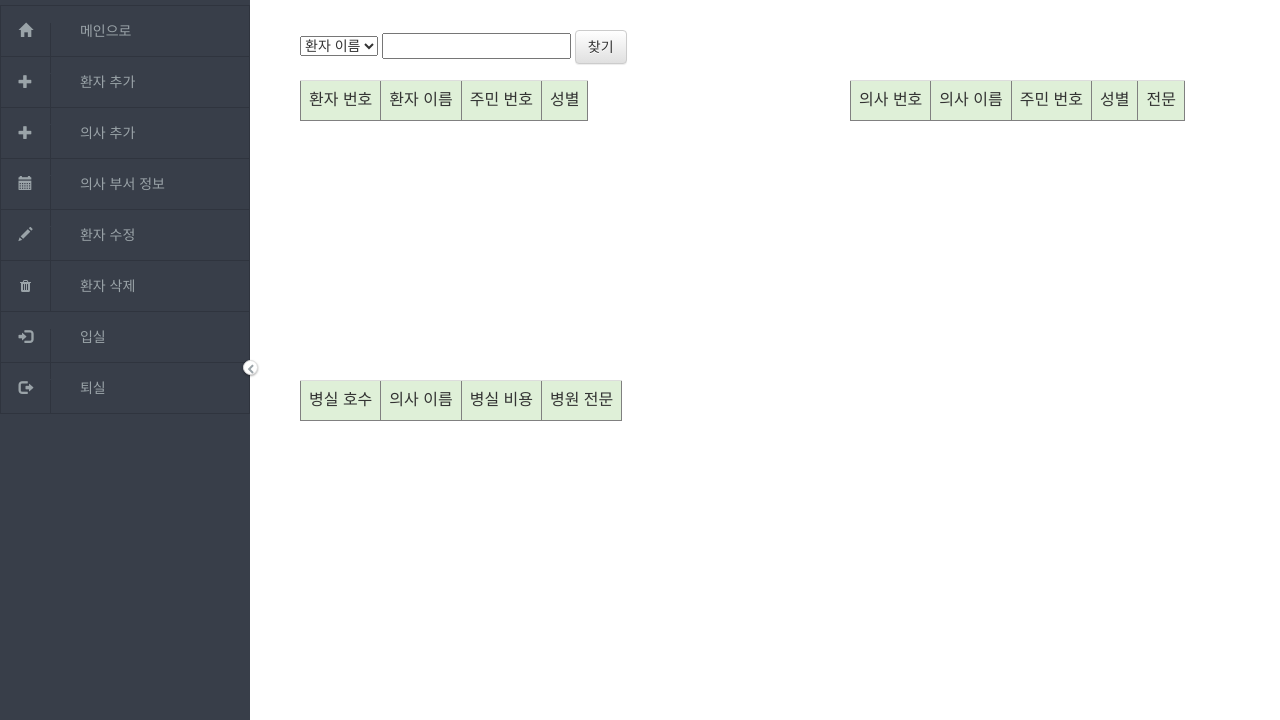
Repository: qaws1134/Hospital_manager
Page: http://localhost/project/main.jsp
The author's editor kept a copy of each file at every save. The page is drawn from the files as they stood at one save, then again after the next save.
The browser window is 1280 px wide. The pictures show the whole page.
Some web libraries are served in a nearby version. The page is served by Tomcat 9. Other server files are loaded and not shown. The template is opened directly, without the code that normally fills it, so the values that code supplies are empty.

Above is the page before, as saved 2017-12-09 17:18:35.
Console error (its wording comes from the project's code and is left out).

### project/WebContent/main.jsp
<%@ page language="java" contentType="text/html; charset=UTF-8"
    pageEncoding="UTF-8"%>
<%@ taglib uri="http://java.sun.com/jsp/jstl/core" prefix="c" %>

<html lang="kr">
	<head>

	<meta http-equiv="Content-Type" content="text/html" charset="UTF-8">
	<title>http://www.blueb.co.kr</title>
<link rel="stylesheet" href="http://netdna.bootstrapcdn.com/font-awesome/4.3.0/css/font-awesome.min.css">
<!-- 합쳐지고 최소화된 최신 CSS -->
<link rel="stylesheet" href="https://maxcdn.bootstrapcdn.com/bootstrap/3.3.2/css/bootstrap.min.css">
<!-- 부가적인 테마 -->
<link rel="stylesheet" href="https://maxcdn.bootstrapcdn.com/bootstrap/3.3.2/css/bootstrap-theme.min.css">

<!-- 합쳐지고 최소화된 최신 자바스크립트 -->
<script src="https://maxcdn.bootstrapcdn.com/bootstrap/3.3.2/js/bootstrap.min.js"></script>

<style type="text/css">
input[type="checkbox"]#menu_state {
  display: none;
}
input[type="checkbox"]:checked ~ nav {
  width: 250px;
}
input[type="checkbox"]:checked ~ nav label[for="menu_state"] i::before {
  content: "\f053";
}
input[type="checkbox"]:checked ~ nav ul {
  width: 100%;
}
input[type="checkbox"]:checked ~ nav ul li a i {
  border-right: 1px solid #2f343e;
}
input[type="checkbox"]:checked ~ nav ul li a span {
  opacity: 1;
  transition: opacity 0.25s ease-in-out;
}
input[type="checkbox"]:checked ~ main {
  left: 250px;
}
nav {
  position: fixed;
  z-index: 9;
  top: 0;
  left: 0;
  bottom: 0;
  background: #383e49;
  color: #9aa3a8;
  width: 50px;
  font-family: 'Montserrat', sans-serif;
  font-weight: lighter;
  transition: all 0.15s ease-in-out;
}
nav label[for="menu_state"] i {
  cursor: pointer;
  position: absolute;
  top: 50%;
  right: -8px;
  box-shadow: 0 1px 3px rgba(0,0,0,0.12), 0 1px 2px rgba(0,0,0,0.24);
  background: #fff;
  font-size: 10px;
  display: flex;
  justify-content: center;
  align-items: center;
  height: 15px;
  width: 15px;
  border-radius: 50%;
  border: 1px solid #ddd;
  transition: width 0.15s ease-in-out;
  z-index: 1;
}
nav label[for="menu_state"] i::before {
  margin-top: 2px;
  content: "\f054";
}
nav label[for="menu_state"] i:hover {
  box-shadow: 0 10px 20px rgba(0,0,0,0.19), 0 6px 6px rgba(0,0,0,0.23);
}
nav ul {
  overflow: hidden;
  display: block;
  width: 50px;
  list-style-type: none;
  padding: 0;
  margin: 0;
}
nav ul li {
  border: 1px solid #2f343e;
  position: relative;
}
nav ul li.unread:after {
  content: attr(data-content);
  position: absolute;
  top: 10px;
  left: 25px;
  display: flex;
  justify-content: center;
  align-items: center;
  width: 15px;
  height: 15px;
  border-radius: 50%;
  color: #fff;
  background: #ef5952;
  font-size: 8px;
}
nav ul li:not(:last-child) {
  border-bottom: none;
}
nav ul li.active a {
  background: #4c515d;
  color: #fff;
}
nav ul li a {
  position: relative;
  display: block;
  white-space: nowrap;
  text-decoration: none;
  color: #9aa3a8;
  height: 50px;
  width: 100%;
  transition: all 0.15s ease-in-out;
}
nav ul li a:hover {
  background: #4c515d;
  color: #fff;
}
nav ul li a * {
  height: 100%;
  display: inline-block;
}
nav ul li a i {
  text-align: center;
  width: 50px;
  z-index: 999999;
}
nav ul li a i.fa {
  line-height: 50px;
}
nav ul li a span {
  padding-left: 25px;
  opacity: 0;
  line-height: 50px;
  transition: opacity 0.1s ease-in-out;


}

</style>
</head>

<body>
<input type="checkbox" id="menu_state" checked>
<nav>
	<label for="menu_state"><i class="fa"></i></label>
	<ul>
    <li>
      <a href="main.do">
        <i class="glyphicon glyphicon-home"></i>
        <span>메인으로</span>   <!--환자 대기 목록,병실 목록 및 현황-->
      </a>
    </li>
		<li>
			<a href="P_addui.do">
				<i class="glyphicon glyphicon-plus"></i>
				<span>환자 추가</span>
			</a>
		</li>
		<li>
			<a href="D_addui.do">
				<i class="glyphicon glyphicon-plus"></i>
				<span>의사 추가</span>
			</a>
		</li>

		<li>
			<a href="D_clsif.do">
				<i class="glyphicon glyphicon-calendar"></i>
				<span>의사 부서 정보</span>
			</a>
		</li>

		<li>
			<a href="cristal.do">
				<i class="glyphicon glyphicon-pencil"></i>
				<span>환자 수정</span>
			</a>
		</li>
		<li>
			<a href="delsel.do">
				<i class="fa fa-trash"></i>
				<span>환자 삭제</span>
			</a>
		</li>
      <li>
      <a href="insel.do">
        <i class="glyphicon glyphicon-log-in"></i>
        <span>입실</span>
      </a>
    </li>
        <li>
      <a href="javascript:void(0)">
        <i class="glyphicon glyphicon-log-out"></i>
        <span>퇴실</span>
      </a>
    </li>
	</ul>
</nav>
<section style="position:absolute; top:30px;left:300px">
<form action="search.do">
	<select name ="searchName"size ="1">
		<option value="p_name">환자 이름</option>
		<option value="d_name">의사 이름</option>
		<option value="d_cls">병원 종류</option>
	</select>
	<input type="text" name="searchValue"  >
	<input type="submit"  value="찾기" class="btn btn-default">
</form>
</section>

<!-- 환자 정보	 -->
<section style="position:absolute; top:80px;left:300px">
      <table border="1" class="table table-striped">
      	<tr  class="success">
      		<td>환자 번호</td>
      		<td>환자 이름</td>
      		<td>주민 번호</td>
      		<td>성별</td>
      	</tr>

      	<c:forEach items="${P_list}" var="dto">
	      	<tr>
	      		<td>${dto.p_NUM}</td>
	      		<td>${dto.p_NAME}</td>
	      		<td>${dto.p_PERNUM}</td>
	      		<td>${dto.p_GENDER }</td>
	      	</tr>
		</c:forEach>
      </table>
</section>
<!-- 의사 정보 -->
<section style="position:absolute; top:80px;left:850px">
     <table border="1" class="table table-striped">
      	<tr  class="success">
      		<td>의사 번호</td>
      		<td>의사 이름</td>
      		<td>주민 번호</td>
      		<td>성별</td>
      		<td>전문</td>
      	</tr>


      	<c:forEach items="${D_list}" var="dto">
	      	<tr>
	      		<td>${dto.d_NUM}</td>
	      		<td>${dto.d_NAME}</td>
	      		<td>${dto.d_PERNUM}</td>
	      		<td>${dto.d_GENDER }</td>
	      		<td>${dto.d_CLS}</td>
	      	</tr>
		</c:forEach>
      </table>
</section>

<!-- 병실 정보 -->
<section style="position:absolute; top:380px;left:300px">
      <table border="1" class="table table-striped">
      	<tr  class="success">
      		<td>병실 호수</td>
      		<td>의사 이름</td>
      		<td>병실 비용</td>
  			<td>병원 전문</td>


      	</tr>

      	<c:forEach items="${D_inshow}" var="dto">
	      	<tr>
	      		<td>${dto.h_NUM}호</td>
	      		<td>${dto.d_NAME}</td>
	      		<td>${dto.h_COST}</td>
	      		<td>${dto.d_CLS}</td>
	      	</tr>
		</c:forEach>
      </table>
</section>

<!--
<section style="position:absolute; top:400px;left:300px">
     <table border="1">
		<tr>
      	<c:forEach items="${D_list}" var="dto">
	      		<td>${dto.d_NUM}</td>
	      		<td>${dto.d_NAME}</td>
	      		<td>${dto.d_PERNUM}</td>
	      		<td>${dto.d_GENDER }</td>
	      		<td>${dto.d_CLS}</td>
		</c:forEach>
		</tr>
		<tr>
      	<c:forEach items="${D_list}" var="dto">
	      		<td>${dto.d_NUM}</td>
	      		<td>${dto.d_NAME}</td>
	      		<td>${dto.d_PERNUM}</td>
	      		<td>${dto.d_GENDER }</td>
	      		<td>${dto.d_CLS}</td>
		</c:forEach>
		</tr>
		<tr>
      	<c:forEach items="${D_list}" var="dto">
	      		<td>${dto.d_NUM}</td>
	      		<td>${dto.d_NAME}</td>
	      		<td>${dto.d_PERNUM}</td>
	      		<td>${dto.d_GENDER }</td>
	      		<td>${dto.d_CLS}</td>
		</c:forEach>
		</tr>
      </table>
</section>
-->



</body>
</html>

After the next save:
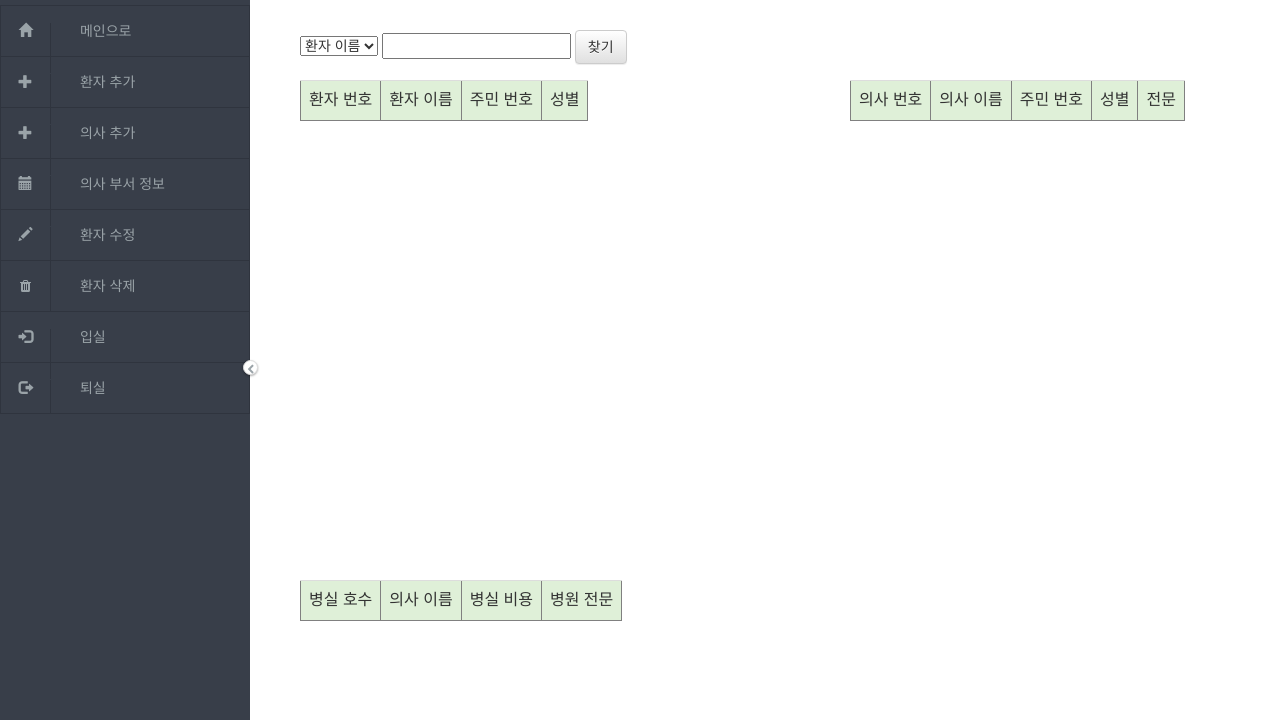
Saved 29 s later.
--- a/project/WebContent/main.jsp
+++ b/project/WebContent/main.jsp
@@ -263,7 +263,7 @@ nav ul li a span {
 </section>
 
 <!-- 병실 정보 -->
-<section style="position:absolute; top:380px;left:300px">
+<section style="position:absolute; top:580px;left:300px">
       <table border="1" class="table table-striped">
       	<tr  class="success">
       		<td>병실 호수</td>
